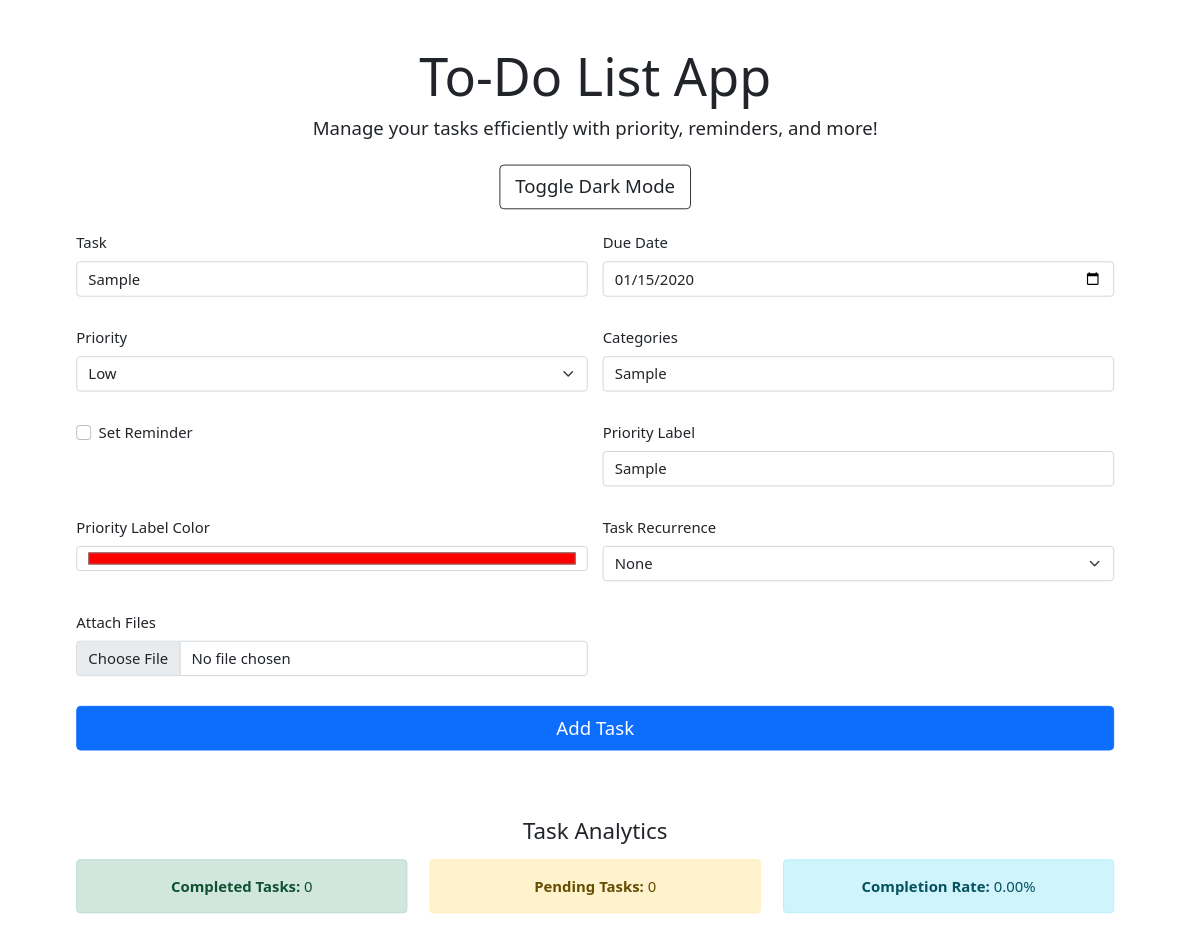
Repository: saniyaacharya04/todo-basic
Page: index.html
The author's editor kept a copy of each file at every save. The page is drawn from the files as they stood at one save, then again after the next save.
The browser window is 1280 px wide. The pictures show the whole page, at 93% of full size.
Empty fields were first filled with sample values (such as "Sample", 5 or name@example.com).
After loading, the first visible `#add-task-btn` was clicked once.

Above is the page before, as saved 2025-05-12 18:10:06.
Console error: ReferenceError: Input is not defined

### index.html
<!DOCTYPE html>
<html lang="en">
<head>
  <meta charset="UTF-8">
  <meta name="viewport" content="width=device-width, initial-scale=1.0">
  <title>To-Do List App</title>
  <!-- Bootstrap CSS -->
  <link href="https://cdn.jsdelivr.net/npm/bootstrap@5.1.3/dist/css/bootstrap.min.css" rel="stylesheet">
</head>
<body>

  <!-- Main container with padding and center alignment -->
  <div class="container mt-5">

    <!-- Header Section -->
    <div class="text-center mb-4">
      <h1 class="display-4">To-Do List App</h1>
      <p class="lead">Manage your tasks efficiently with priority, reminders, and more!</p>
    </div>

    <!-- Theme Toggle Button -->
    <div class="d-flex justify-content-center mb-4">
      <button id="theme-toggle" class="btn btn-outline-dark btn-lg">Toggle Dark Mode</button>
    </div>

    <!-- Add Task Form (Grid Layout for neatness) -->
    <div class="row g-3">
      <div class="col-12 col-md-6">
        <div class="mb-3">
          <label for="task-input" class="form-label">Task</label>
          <input type="text" class="form-control" id="task-input" placeholder="Enter task" required>
        </div>
      </div>

      <div class="col-12 col-md-6">
        <div class="mb-3">
          <label for="due-date" class="form-label">Due Date</label>
          <input type="date" class="form-control" id="due-date">
        </div>
      </div>

      <div class="col-12 col-md-6">
        <div class="mb-3">
          <label for="priority" class="form-label">Priority</label>
          <select class="form-select" id="priority">
            <option value="Low">Low</option>
            <option value="Medium">Medium</option>
            <option value="High">High</option>
          </select>
        </div>
      </div>

      <div class="col-12 col-md-6">
        <div class="mb-3">
          <label for="category" class="form-label">Categories</label>
          <input type="text" class="form-control" id="category" placeholder="Comma-separated categories">
        </div>
      </div>

      <div class="col-12 col-md-6">
        <div class="mb-3 form-check">
          <input type="checkbox" class="form-check-input" id="reminder">
          <label class="form-check-label" for="reminder">Set Reminder</label>
        </div>
      </div>

      <div class="col-12 col-md-6">
        <div class="mb-3">
          <label for="priority-label" class="form-label">Priority Label</label>
          <input type="text" class="form-control" id="priority-label" placeholder="Custom label (e.g., High)">
        </div>
      </div>

      <div class="col-12 col-md-6">
        <div class="mb-3">
          <label for="priority-color" class="form-label">Priority Label Color</label>
          <input type="color" class="form-control" id="priority-color" value="#ff0000">
        </div>
      </div>

      <div class="col-12 col-md-6">
        <div class="mb-3">
          <label for="recurrence" class="form-label">Task Recurrence</label>
          <select class="form-select" id="recurrence">
            <option value="none">None</option>
            <option value="daily">Daily</option>
            <option value="weekly">Weekly</option>
            <option value="monthly">Monthly</option>
          </select>
        </div>
      </div>

      <div class="col-12 col-md-6">
        <div class="mb-3">
          <label for="task-attachment" class="form-label">Attach Files</label>
          <input type="file" class="form-control" id="task-attachment" accept="image/*, .pdf, .docx, .xlsx">
        </div>
      </div>

      <!-- Submit button -->
      <div class="col-12">
        <button class="btn btn-primary btn-lg w-100" id="add-task-btn">Add Task</button>
      </div>
    </div>

    <!-- Task List -->
    <div id="task-list-container" class="mt-5">
      <ul id="task-list" class="list-group list-group-flush"></ul>
    </div>

    <!-- Analytics Section -->
    <div id="task-analytics" class="mt-4">
      <h4 class="text-center mb-3">Task Analytics</h4>
      <div class="row">
        <div class="col-12 col-md-4">
          <div class="alert alert-success text-center">
            <strong>Completed Tasks: </strong><span id="completed-count">0</span>
          </div>
        </div>
        <div class="col-12 col-md-4">
          <div class="alert alert-warning text-center">
            <strong>Pending Tasks: </strong><span id="pending-count">0</span>
          </div>
        </div>
        <div class="col-12 col-md-4">
          <div class="alert alert-info text-center">
            <strong>Completion Rate: </strong><span id="completion-rate">0%</span>
          </div>
        </div>
      </div>
    </div>
  </div>

  <!-- Bootstrap JS and dependencies -->
  <script src="https://cdn.jsdelivr.net/npm/@popperjs/core@2.11.6/dist/umd/popper.min.js"></script>
  <script src="https://cdn.jsdelivr.net/npm/bootstrap@5.1.3/dist/js/bootstrap.min.js"></script>
  <script src="script.js"></script>

</body>
</html>

### script.js
let tasks = JSON.parse(localStorage.getItem("tasks")) || [];

// Theme Toggle
document.getElementById("theme-toggle").addEventListener("click", function () {
  document.body.classList.toggle("dark-mode");
  localStorage.setItem("theme", document.body.classList.contains("dark-mode") ? "dark" : "light");
});

// Save tasks to localStorage
function saveTasks() {
  localStorage.setItem("tasks", JSON.stringify(tasks));
}

// Render tasks and analytics
function renderTasks() {
  const taskList = document.getElementById("task-list");
  taskList.innerHTML = ""; // Clear the list before rendering new tasks

  tasks.forEach((task, index) => {
    const li = document.createElement("li");
    li.className = `list-group-item d-flex justify-content-between align-items-center border-0 p-3 rounded-3`;

    // Task container
    const taskContainer = document.createElement("div");
    taskContainer.className = `d-flex justify-content-between align-items-center w-100`;

    // Left section - Task details
    const taskDetails = document.createElement("div");
    taskDetails.className = "d-flex flex-column";

    // Task title
    const taskTitle = document.createElement("div");
    taskTitle.className = "fs-5 fw-bold";
    taskTitle.innerHTML = `${task.text}`;
    if (task.completed) {
      taskTitle.classList.add("text-decoration-line-through", "text-muted");
    }

    // Task due date and other details
    const taskInfo = document.createElement("small");
    taskInfo.className = "text-muted";
    taskInfo.innerHTML = `Due: ${task.dueDate || "N/A"} | Priority: ${task.priorityLabel || task.priority} | Categories: ${task.categories.join(", ")}`;

    if (task.recurrence !== "none") {
      taskInfo.innerHTML += `<br><strong>Recurrence: ${task.recurrence}</strong>`;
    }

    if (task.dueDate) {
      const dueDate = new Date(task.dueDate);
      const timeRemaining = dueDate - new Date();
      if (timeRemaining > 0) {
        const hours = Math.floor(timeRemaining / 3600000);
        const minutes = Math.floor((timeRemaining % 3600000) / 60000);
        const seconds = Math.floor((timeRemaining % 60000) / 1000);
        taskInfo.innerHTML += `<br><strong>Time Remaining: ${hours}h ${minutes}m ${seconds}s</strong>`;
      }
    }

    taskDetails.append(taskTitle, taskInfo);

    // Right section - Action buttons
    const actionBtns = document.createElement("div");
    actionBtns.className = "d-flex gap-2";

    const completeBtn = document.createElement("button");
    completeBtn.className = `btn btn-sm ${task.completed ? "btn-success" : "btn-outline-success"}`;
    completeBtn.innerHTML = task.completed ? `<i class="bi bi-check-circle"></i> Done` : `<i class="bi bi-check-circle"></i> Complete`;
    completeBtn.onclick = () => toggleComplete(index);

    const delBtn = document.createElement("button");
    delBtn.className = "btn btn-sm btn-outline-danger";
    delBtn.innerHTML = `<i class="bi bi-trash"></i> Delete`;
    delBtn.onclick = () => deleteTask(index);

    actionBtns.append(completeBtn, delBtn);

    // Append left and right sections to the task container
    taskContainer.append(taskDetails, actionBtns);

    // Append task container to the list item
    li.append(taskContainer);

    // Append the list item to the task list
    taskList.appendChild(li);
  });

  renderAnalytics();
}

// Render Analytics
function renderAnalytics() {
  const completedTasks = tasks.filter(task => task.completed).length;
  const pendingTasks = tasks.filter(task => !task.completed).length;
  const completionRate = tasks.length > 0 ? (completedTasks / tasks.length) * 100 : 0;

  document.getElementById("completed-count").textContent = completedTasks;
  document.getElementById("pending-count").textContent = pendingTasks;
  document.getElementById("completion-rate").textContent = `${completionRate.toFixed(2)}%`;
}

// Add Task
document.getElementById("add-task-btn").addEventListener("click", () => {
  const taskInput = document.getElementById("task-input");
  const dueInput = document.getElementById("due-date");
  const priorityInput = document.getElementById("priority");
  const categoryInput = document.getElementById("category");
  const reminderInput = document.getElementById("reminder");
  const priorityLabelInput = document.getElementById("priority-label");
  const priorityColorInput = document.getElementById("priority-color");
  const recurrenceInput = document.getElementById("recurrence");
  const attachmentInput = document.getElementById("task-attachment");

  const taskText = taskInput.value.trim();
  const dueDate = dueInput.value;
  const priority = priorityInput.value;
  const categories = category
Input.value.split(",").map(category => category.trim());
const reminder = reminderInput.checked;
const priorityLabel = priorityLabelInput.value;
const priorityColor = priorityColorInput.value;
const recurrence = recurrenceInput.value;
const attachment = attachmentInput.files.length > 0 ? attachmentInput.files[0] : null;

if (taskText === "") return alert("Task description cannot be empty.");

const newTask = {
text: taskText,
dueDate: dueDate,
priority,
categories,
reminder,
priorityLabel,
priorityColor,
recurrence,
completed: false,
attachment,
};

tasks.push(newTask);
saveTasks();
renderTasks();

// Reset input fields
taskInput.value = "";
dueInput.value = "";
categoryInput.value = "";
reminderInput.checked = false;
priorityLabelInput.value = "";
priorityColorInput.value = "#ff0000";
recurrenceInput.value = "none";
attachmentInput.value = "";
});

// Toggle Complete Task
function toggleComplete(index) {
tasks[index].completed = !tasks[index].completed;
saveTasks();
renderTasks();
}

// Delete Task
function deleteTask(index) {
tasks.splice(index, 1);
saveTasks();
renderTasks();
}

// Initial Render
renderTasks();

After the next save:
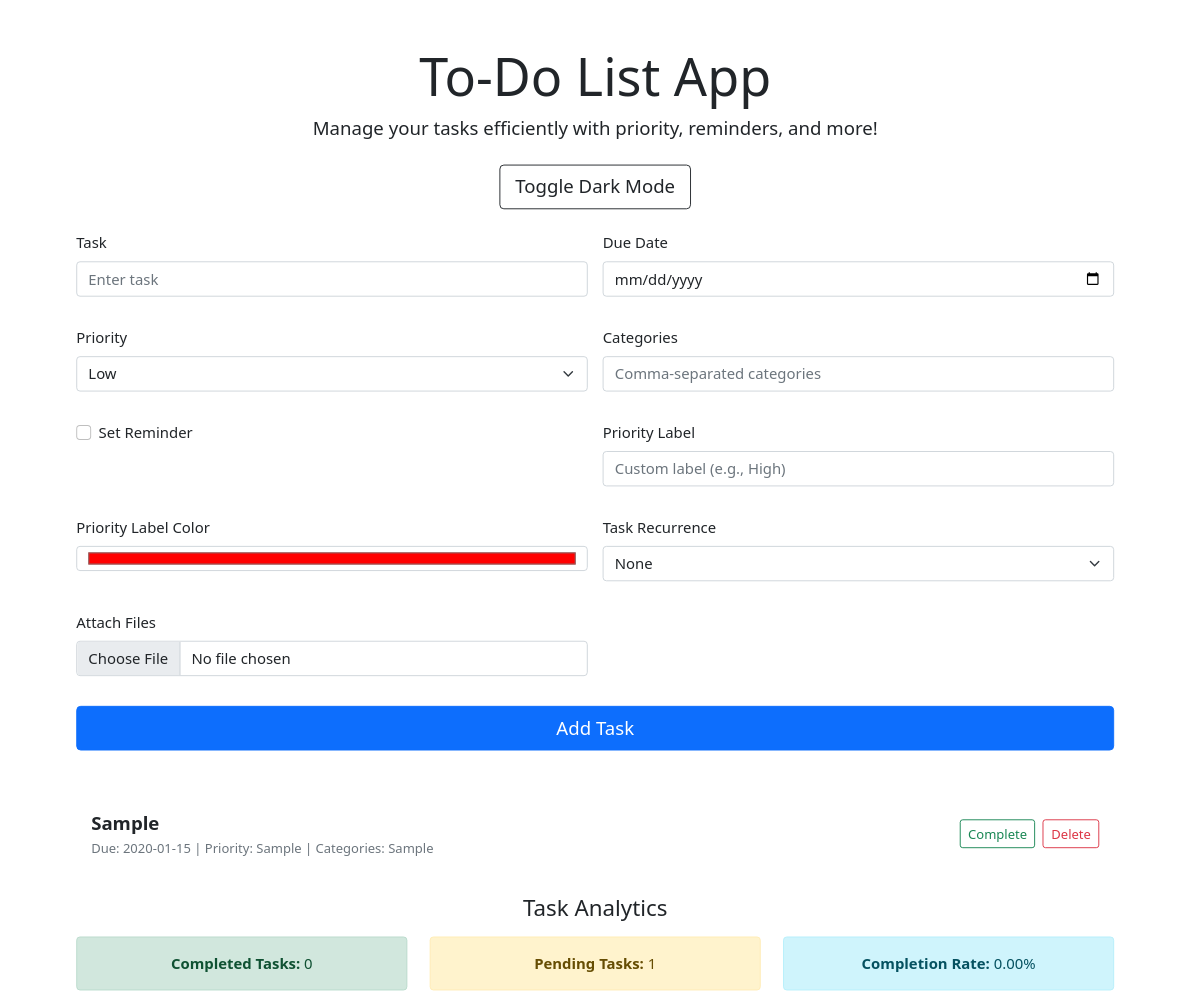
The error is gone.
Saved 55 s later.
--- a/script.js
+++ b/script.js
@@ -1,6 +1,11 @@
+// Load tasks from localStorage if available
 let tasks = JSON.parse(localStorage.getItem("tasks")) || [];
 
-// Theme Toggle
+// Theme Toggle: Check for saved theme in localStorage and apply it
+if (localStorage.getItem("theme") === "dark") {
+  document.body.classList.add("dark-mode");
+}
+
 document.getElementById("theme-toggle").addEventListener("click", function () {
   document.body.classList.toggle("dark-mode");
   localStorage.setItem("theme", document.body.classList.contains("dark-mode") ? "dark" : "light");
@@ -11,7 +16,7 @@ function saveTasks() {
   localStorage.setItem("tasks", JSON.stringify(tasks));
 }
 
-// Render tasks and analytics
+// Render tasks to the task list
 function renderTasks() {
   const taskList = document.getElementById("task-list");
   taskList.innerHTML = ""; // Clear the list before rendering new tasks
@@ -87,7 +92,7 @@ function renderTasks() {
   renderAnalytics();
 }
 
-// Render Analytics
+// Render Analytics Section
 function renderAnalytics() {
   const completedTasks = tasks.filter(task => task.completed).length;
   const pendingTasks = tasks.filter(task => !task.completed).length;
@@ -98,7 +103,7 @@ function renderAnalytics() {
   document.getElementById("completion-rate").textContent = `${completionRate.toFixed(2)}%`;
 }
 
-// Add Task
+// Add Task: Handle form submission to add a new task
 document.getElementById("add-task-btn").addEventListener("click", () => {
   const taskInput = document.getElementById("task-input");
   const dueInput = document.getElementById("due-date");
@@ -113,56 +118,55 @@ document.getElementById("add-task-btn").addEventListener("click", () => {
   const taskText = taskInput.value.trim();
   const dueDate = dueInput.value;
   const priority = priorityInput.value;
-  const categories = category
-Input.value.split(",").map(category => category.trim());
-const reminder = reminderInput.checked;
-const priorityLabel = priorityLabelInput.value;
-const priorityColor = priorityColorInput.value;
-const recurrence = recurrenceInput.value;
-const attachment = attachmentInput.files.length > 0 ? attachmentInput.files[0] : null;
+  const categories = categoryInput.value.split(",").map(category => category.trim());
+  const reminder = reminderInput.checked;
+  const priorityLabel = priorityLabelInput.value;
+  const priorityColor = priorityColorInput.value;
+  const recurrence = recurrenceInput.value;
+  const attachment = attachmentInput.files.length > 0 ? attachmentInput.files[0] : null;
 
-if (taskText === "") return alert("Task description cannot be empty.");
+  if (taskText === "") return alert("Task description cannot be empty.");
 
-const newTask = {
-text: taskText,
-dueDate: dueDate,
-priority,
-categories,
-reminder,
-priorityLabel,
-priorityColor,
-recurrence,
-completed: false,
-attachment,
-};
+  const newTask = {
+    text: taskText,
+    dueDate: dueDate,
+    priority,
+    categories,
+    reminder,
+    priorityLabel,
+    priorityColor,
+    recurrence,
+    completed: false,
+    attachment,
+  };
 
-tasks.push(newTask);
-saveTasks();
-renderTasks();
+  tasks.push(newTask);
+  saveTasks();
+  renderTasks();
 
-// Reset input fields
-taskInput.value = "";
-dueInput.value = "";
-categoryInput.value = "";
-reminderInput.checked = false;
-priorityLabelInput.value = "";
-priorityColorInput.value = "#ff0000";
-recurrenceInput.value = "none";
-attachmentInput.value = "";
+  // Reset input fields
+  taskInput.value = "";
+  dueInput.value = "";
+  categoryInput.value = "";
+  reminderInput.checked = false;
+  priorityLabelInput.value = "";
+  priorityColorInput.value = "#ff0000";
+  recurrenceInput.value = "none";
+  attachmentInput.value = "";
 });
 
-// Toggle Complete Task
+// Toggle Task Completion
 function toggleComplete(index) {
-tasks[index].completed = !tasks[index].completed;
-saveTasks();
-renderTasks();
+  tasks[index].completed = !tasks[index].completed;
+  saveTasks();
+  renderTasks();
 }
 
 // Delete Task
 function deleteTask(index) {
-tasks.splice(index, 1);
-saveTasks();
-renderTasks();
+  tasks.splice(index, 1);
+  saveTasks();
+  renderTasks();
 }
 
 // Initial Render
